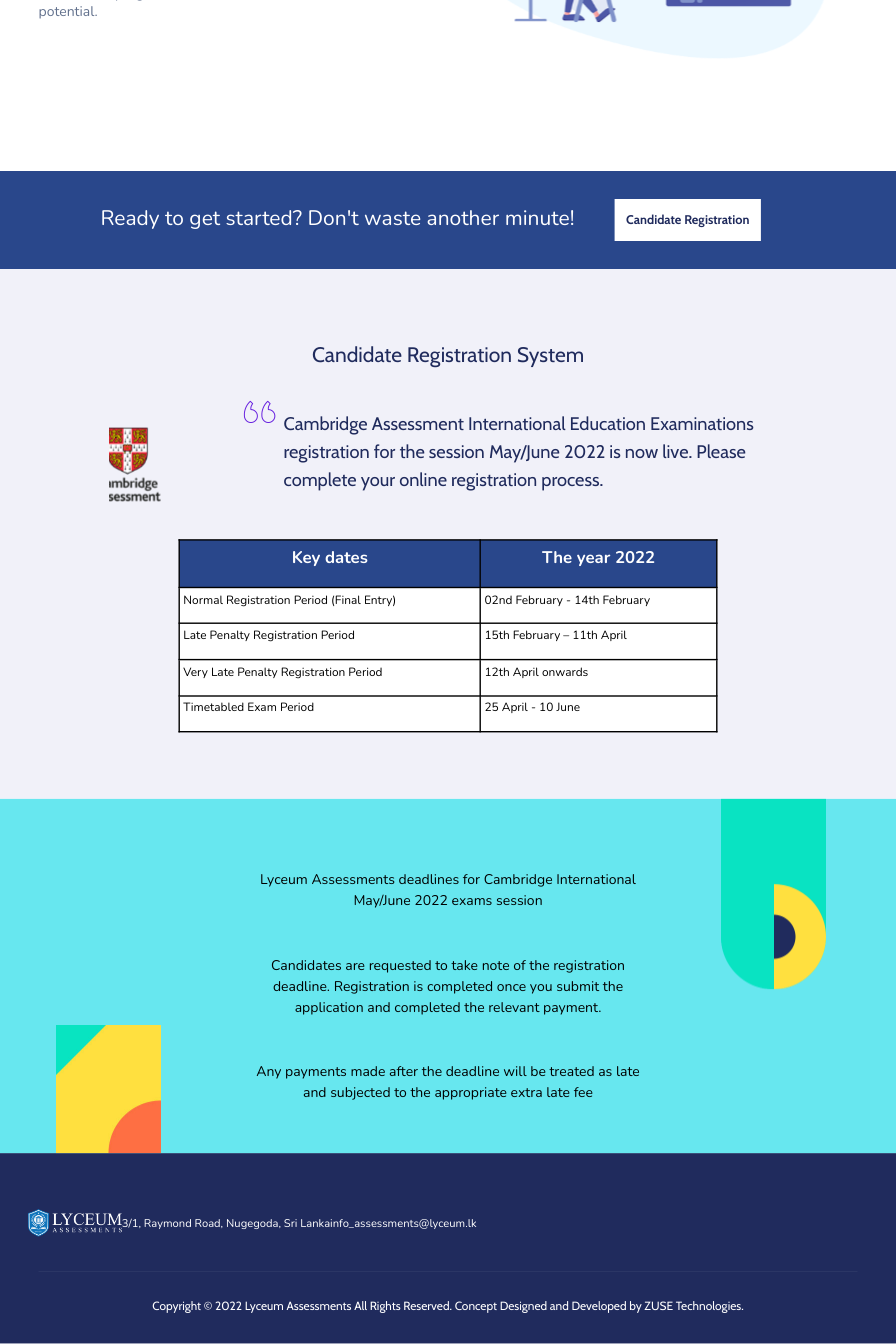
Repository: AXUSLK/LyceumAssessments-HTML
Page: index.html
An editor plug-in stored every save of this project. The page is shown before and after a run of saves, followed by the edit.
The browser window is 1280 px wide. The pictures show the part of the page from y = 2555 to 4475 px (the page is 4475 px tall before and 4397 px after), at 70% of full size.
Backgrounds fixed to the window are drawn as part of the page. Some web libraries are served in a nearby version.

Above is the page before, as saved 2022-01-31 14:19:56.

### index.html
<!DOCTYPE html>
<html lang="en">

<head>
	<!-- set the encoding of your site -->
	<meta charset="utf-8">
	<meta name="viewport" content="width=device-width, initial-scale=1.0">
	<!-- set the page title -->
	<title>Lyceum Assessments is a fully owned subsidiary of the Lyceum Group.</title>
	<!-- inlcude google cabin font cdn link -->
	<link
		href="https://fonts.googleapis.com/css2?family=Cabin:ital,wght@0,400;0,500;0,600;0,700;1,400;1,500;1,600;1,700&display=swap"
		rel="stylesheet">
	<!-- inlcude google nunito font cdn link -->
	<link
		href="https://fonts.googleapis.com/css2?family=Nunito:ital,wght@0,300;0,400;0,600;0,700;1,300;1,400;1,600;1,700&display=swap"
		rel="stylesheet">
	<!-- include the site bootstrap stylesheet -->
	<link rel="stylesheet" href="css/bootstrap.css">
	<!-- include the site stylesheet -->
	<link rel="stylesheet" href="style.css">
	<!-- include theme color setting stylesheet -->
	<link rel="stylesheet" href="css/colors.css">
	<!-- include the site responsive stylesheet -->
	<link rel="stylesheet" href="css/responsive.css">
</head>

<body>
	<!-- pageWrapper -->
	<div id="pageWrapper">
		<div class="phStickyWrap">

			<!-- pageHeader -->
			<header id="pageHeader" class="w-100 headerFixer">
				<div class="container">
					<!-- hdHolder -->
					<div class="hdHolder position-relative pt-2 pb-2 pt-lg-4 pb-lg-4 pt-xl-7 pb-xl-7">
						<div class="row">
							<div class="col-4 col-md-2">
								<!-- logo -->
								<div class="logo mt-1">
									<a href="javascript:void(0);">
										<img src="images/LYA__LOGO.png" class="img-fluid" alt="">
									</a>
								</div>
							</div>
							<div class="col-8 col-md-10 position-static">
								<!-- pageNav -->
								<nav id="pageNav"
									class="navbar navbar-expand-md navbar-dark justify-content-end p-0 align-items-start position-static">
									<!-- pageMainNavCollapse -->
									<div class="collapse navbar-collapse pageMainNavCollapse justify-content-end"
										id="pageMainNavCollapse">
										<!-- mainNavigation -->
										<ul class="navbar-nav mainNavigation fwSemi pt-md-2">
											<li class="nav-item">
												<a class="nav-link" href="#pageWrapper">Home <span
														class="sr-only">(current)</span></a>
											</li>
											<li class="nav-item">
												<a class="nav-link" href="#scrollToAbout">About Us</a>
											</li>
											<li class="nav-item">
												<a class="nav-link" href="#scrollToWhy">Why?</a>
											</li>
											<li class="nav-item">
												<a class="nav-link" href="#scrollToCambridge">Cambridge</a>
											</li>
											<li class="nav-item">
												<a class="nav-link" href="#scrollToContact">Contact Us</a>
											</li>
										</ul>
									</div>
									<!-- hdBtn -->
									<a href="javascript:void(0);"
										class="btn btn-info font-weight-normal text-capitalize hdBtn ml-md-3 ml-md-6 ml-lg-12 position-relative border-0 p-0"
										data-hover="Get Started">
										<span class="d-block btnText">Candidate Registration </span>
									</a>
									<!-- pageNavOpener -->
									<button class="navbar-toggler pageNavOpener ml-3" type="button"
										data-toggle="collapse" data-target="#pageMainNavCollapse"
										aria-controls="pageMainNavCollapse" aria-expanded="false"
										aria-label="Toggle navigation">
										<span class="navbar-toggler-icon"></span>
									</button>
								</nav>
							</div>
						</div>
					</div>
				</div>
			</header>
		</div>

		<main>

			<!-- Header -->
			<section class="introBlock d-flex w-100 position-relative text-white bg-secondary">
				<div class="w-100 d-flex align-items-center">
					<!-- ibHolder -->
					<div class="w-100 position-relative ibHolder py-19 py-md-23 py-xl-29">
						<div class="container">
							<div class="row align-items-center">
								<div class="col-12 col-md-6">
									<div class="captionWrap position-relative">
										<div class="wow fadeInUp" data-wow-delay="0.5s">
											<h1 class="text-white font-weight-bold mb-5"> The best route for your
												education
											</h1>
										</div>
										<div class="wow fadeInUp" data-wow-delay="1s">
											<p>Don't waste another minute, concentrate on your studies!</p>
										</div>
										<div class="wow fadeInUp" data-wow-delay="1.5s">
											<a href="#scrollToWhy"
												class="btn btn-info btnMin align-top mt-6 p-0 border-0 position-relative"
												data-hover="Why Us?">
												<span class="d-block btnText">Why?</span>
											</a>
										</div>
									</div>
								</div>
								<div class="col-12 col-md-6 d-none d-md-block imageWrap wow bounceInRight"
									data-wow-delay="2s">
									<!-- imgHolder -->
									<div class="imgHolder pl-7 pl-xl-12 position-relative">
										<img src="./images/header.png">
									</div>
								</div>
							</div>
						</div>
					</div>
				</div>
				<!-- svgBg -->
				<svg class="svgBg">
					<defs>
						<clipPath id="path01" clipPathUnits="objectBoundingBox">
							<path d="M 1 0 L 0.93 0 C 0.7 0.18 0.77 0.26 0.51 0.34 Q 0.36 0.38 0.52 1 L 1 1 Z"></path>
						</clipPath>
					</defs>
					<rect width="100%" height="100%" style="clip-path: url(#path01);" fill="#7730ef"></rect>
				</svg>
				<!-- ibBgPattern -->
				<span class="position-absolute w-100 h-100 ibBgPattern"
					style="background-image: url(images/bgShapes01.png);"></span>
			</section>

			<!-- Partners -->
			<aside class="sponsorsAside position-relative text-center">
				<div class="container">
					<div class="bg-white mt-n12 mt-md-n15 shadow-lg py-4 py-md-7">
						<!-- logosSlider -->
						<div class="logosSlider">

							<!-- slide -->
							<div>
								<!-- logoWrap -->
								<div class="logoWrap">
									<img src="images/lyceum_school.png" class="img-fluid" alt="stylus">
								</div>
							</div>
							<!-- slide -->
							<div>
								<!-- logoWrap -->
								<div class="logoWrap">
									<img src="images/lyceum_placements.png" class="img-fluid" alt="drkht">
								</div>
							</div>
							<!-- slide -->
							<div>
								<!-- logoWrap -->
								<div class="logoWrap">
									<img src="images/lyceum_assessments.png" class="img-fluid" alt="Brook.">
								</div>
							</div>

						</div>
					</div>
				</div>
			</aside>

			<!-- About -->
			<div id="scrollToAbout" class="mt-md-n12 mt-lg-n14 pt-md-12 pt-lg-14">
				<!-- featureBlock -->
				<section class="featureBlock pt-8 pt-md-13 pt-lg-19 pt-xl-23">
					<div class="container">
						<!-- afColumn -->
						<article class="afColumn mb-7 mb-md-11 mb-lg-18">
							<div class="row align-items-center">
								<div class="col-12 col-md-6 wow slideInRight">
									<div class="extraWrap pl-md-7 pl-lg-14">
										<!-- titleWrap -->
										<header class="titleWrap">
											<h3 class="mb-5">About Lyceum Assessments</h3>
											<p>Lyceum Assessments is a fully owned subsidiary of the Lyceum Group. We
												are focusing on
												conducting, administering and offering competitive international and
												Lyceum examinations to
												students island-wide.
											</p>
											<p>
												Lyceum Assessments (Pvt) Limited was incorporated as a private limited
												company under the
												Companies Act of Sri Lanka on 27th July 2021.</p>
										</header>
										<!-- afTabsList -->
										<ul class="nav nav-tabs afTabsList border-0 fontAlter fwMedium mt-8" id="myTab"
											role="tablist">
											<li class="nav-item" role="presentation">
												<a class="nav-link active" id="analytics-tab" data-toggle="tab"
													href="#analytics" role="tab" aria-controls="analytics"
													aria-selected="true">Our Vision</a>
											</li>
											<li class="nav-item" role="presentation">
												<a class="nav-link" id="traffic-tab" data-toggle="tab" href="#traffic"
													role="tab" aria-controls="traffic" aria-selected="false">Our
													Mission</a>
											</li>
										</ul>
										<!-- myTabContent -->
										<div class="tab-content" id="myTabContent">
											<div class="tab-pane fade show active" id="analytics" role="tabpanel"
												aria-labelledby="analytics-tab">
												<div class="mtctWrap overflow-hidden pt-5">
													<p>To become the market leader in the administration of assessments
														in the region.</p>
												</div>
											</div>
											<div class="tab-pane fade" id="traffic" role="tabpanel"
												aria-labelledby="traffic-tab">
												<div class="mtctWrap overflow-hidden pt-5">
													<p>To provide the expertise required to assess learning at different
														levels of education by making
														globally recognized awards and qualifications accessible &
														affordable to all while ensuring
														international quality standards.</p>
												</div>
											</div>
										</div>
									</div>
								</div>

								<div class="col-12 col-md-6 wow slideInLeft">
									<!-- imgHolder -->
									<div class="imgHolder position-relative mx-auto mb-4 mb-md-0">
										<img src="./images/about.png" class="img-fluid" alt="image description">
										<!-- bgPattern -->
										<span class="bgPattern position-absolute"
											style="background-image: url(images/bgShapes03.png);"></span>
									</div>
								</div>
							</div>
						</article>
					</div>
				</section>
			</div>

			<!-- allFeatBlock -->
			<section id="scrollToWhy" class="allFeatBlock pb-3 pb-lg-10 pb-xl-14">
				<div class="container">
					<!-- afColumnsWrap -->
					<div class="afColumnsWrap">
						<!-- afColumn -->
						<article class="afColumn mb-7 mb-md-11 mb-lg-18">
							<div class="row align-items-center">
								<div class="col-12 col-md-6 wow slideInLeft">
									<!-- imgHolder -->
									<div class="imgHolder position-relative mx-auto mb-4 mb-md-0">
										<img src="./images/lyceum_group.png" class="img-fluid" alt="image description">
										<!-- bgPattern -->
										<span class="bgPattern position-absolute"
											style="background-image: url(images/bgShapes03.png);"></span>
									</div>
								</div>
								<div class="col-12 col-md-6 wow slideInRight">
									<div class="extraWrap pl-md-7 pl-lg-14">
										<!-- titleWrap -->
										<header class="titleWrap">
											<h3 class="mb-5">The Lyceum Group</h3>
										</header>
										<p>
										<p>Lyceum group allows the students to grow with international ideals and
											character, in a multi-ethnic, multi-cultural and multi-religious, school
											environment. Academic and co-curricular programmes conducted by Lyceum
											International Schools, fully complying with international standards.</p>
										<p>The Honourable Dr. Mohan Lal Grero, a visionary educator founded Lyceum
											International Schools in 1993 to provide English medium education up to
											Grade 12. The school is non-profit organization, which is co-educational and
											committed to the pursuit of excellence in teaching and learning in the
											English medium, which is accessible and affordable to all within the
											socio-cultural environment of Sri Lanka.</p>
										<p>Lyceum Placements and Lyceum Assessments are the latest additions to the
											Lyceum Group</p>
										</p>
									</div>
								</div>
							</div>
						</article>
						<!-- afColumn -->
						<article class="afColumn mb-7 mb-md-11 mb-lg-18">
							<div class="row align-items-center">
								<div class="col-12 col-md-6 wow slideInLeft">
									<!-- imgHolder -->
									<div class="imgHolder position-relative mx-auto mb-4 mb-md-0">
										<img src="./images/cambridge.png" class="img-fluid" alt="image description">
										<!-- bgPattern -->
										<span class="bgPattern position-absolute"
											style="background-image: url(images/bgShapes03.png);"></span>
									</div>
								</div>
								<div class="col-12 col-md-6 wow slideInRight">
									<div class="extraWrap pr-md-7 pr-lg-14">
										<!-- titleWrap -->
										<header class="titleWrap">
											<h3 class="mb-5">Cambridge International Examinations</h3>
											<p>
											<p>Cambridge Assessment International Education prepares school students for
												life, helping them develop an informed curiosity and a lasting passion
												for learning.</p>
											<p>Cambridge international qualifications are recognized by the
												world&rsquo;s best universities and employers, giving students a wide
												range of options in their education and career. As a not-for-profit
												organization, Cambridge devotes their resources to delivering
												high-quality educational programs that can unlock learners' potential.
											</p>
											</p>
										</header>

									</div>
								</div>
							</div>
						</article>
					</div>
				</div>
			</section>

			<!-- tryPetAside -->
			<aside class="tryPetAside text-center text-white py-5 py-lg-8 wow pulse">
				<div class="container">
					<p class="mb-0">Ready to get started? Don't waste another minute! <a href="javascript:void(0);"
							class="btn btnWhite mt-3 mt-md-0 mx-md-4 mx-lg-10 btnMin p-0 border-0 position-relative"
							data-hover="Try it"><span class="d-block btnText">Candidate Registration</span></a></p>
				</div>
			</aside>

			<div id="scrollToCambridge" class="mt-md-n12 mt-lg-n14 pt-md-12 pt-lg-14 wow fadeIn" data-wow-delay="1s">
				<!-- testimonialsBlock -->
				<article
					class="testimonialsBlock bg-light pt-7 pb-5 pt-md-9 pb-md-7 pt-lg-14 pb-lg-12 pt-xl-21 pb-xl-19">
					<div class="container">
						<header class="text-center mb-8">
							<h2 class="h4 font-weight-normal">Candidate
								Registration System</h2>
						</header>
						<div class="row">
							<div class="col-12 col-md-10 offset-md-1">
								<!-- quotesSlider -->
								<div class="quotesSlider">
									<div>
										<!-- clientQuote -->
										<blockquote
											class="clientQuote fontAlter position-relative text-primary pt-25 pt-sm-0 pl-sm-40 pl-xl-50 mb-0">
											<q class="d-block position-relative mb-7 pt-4 pl-12 pl-sm-0">Cambridge
												Assessment International Education Examinations registration for the
												session May/June
												2022 is now live. Please complete your online registration
												process. </q>
											<cite class="d-block pl-12 pl-sm-0">
												<!-- profilePicWrap -->
												<span
													class="profilePicWrap position-absolute overflow-hidden rounded-circle">
													<img src="./images/cambridge_logo.png"
														class="img-fluid w-100 h-100 imgFit rounded-circle"
														alt="Donald Salvor || Global Initiative">
												</span>

											</cite>
										</blockquote>
									</div>
								</div>
							</div>
						</div>
						<div class="row">
							<div class="col-md-2"></div>
							<div class="col-md-8">
								<table class="infoTable">
									<tbody>
										<tr>
											<th width="298">
												<p><strong>Key dates</strong></p>
											</th>
											<th width="234">
												<p><strong>The year 2022</strong></p>
											</th>
										</tr>
										<tr>
											<td width="298">
												<p>Normal Registration Period (Final Entry)</p>
											</td>
											<td width="234">
												<p>02nd February - 14th February</p>
											</td>
										</tr>
										<tr>
											<td width="298">
												<p>Late Penalty Registration Period</p>
											</td>
											<td width="234">
												<p>15th February &ndash; 11th April</p>
											</td>
										</tr>
										<tr>
											<td width="298">
												<p>Very Late Penalty Registration Period</p>
											</td>
											<td width="234">
												<p>12th April onwards</p>
											</td>
										</tr>
										<tr>
											<td width="298">
												<p>Timetabled Exam Period</p>
											</td>
											<td width="234">
												<p>25 April - 10 June</p>
											</td>
										</tr>
									</tbody>
								</table>
							</div>
							<div class="col-md-2"></div>

						</div>

					</div>
				</article>
			</div>

			<!-- getStartedAside -->
			<aside
				class="getStartedAside textMedium position-relative d-flex w-100 bg-info text-center overflow-hidden">
				<div class="d-flex w-100 gsaHolder align-items-center">
					<div class="w-100 py-7">
						<div class="container">
							<div class="row">
								<div
									class="col-12 col-md-10 offset-md-1 col-lg-8 offset-lg-2 col-xl-6 offset-xl-3 wow wobble">
									<!-- <h1 class="h1Medium fontBase font-weight-normal mb-4">Let us help you with your
										design hassles</h1> -->

									<div class="infoTableP">
										<p>&nbsp;</p>
										<p>Lyceum Assessments deadlines for Cambridge International May/June 2022 exams
											session</p>
										<p>&nbsp;</p>
										<p>Candidates are requested to take note of the registration deadline.
											Registration
											is completed once you submit the application and completed the relevant
											payment.
										</p>
										<p>&nbsp;</p>
										<p>Any payments made after the deadline will be treated as late and subjected to
											the
											appropriate extra late fee</p>
									</div>

								</div>
							</div>
						</div>
					</div>
				</div>
				<span class="bgPattern bgPatterni inaccessible position-absolute wow bounceInDown" data-wow-delay="1s">
					<img src="images/bgShapes05.png" class="img-fluid" alt="image description">
				</span>
				<span class="bgPattern bgPatternii inaccessible position-absolute  wow bounceInUp" data-wow-delay="1s">
					<img src="images/bgShapes04.jpg" class="img-fluid" alt="image description">
				</span>
			</aside>

		</main>

		<!-- Footer -->
		<div class="ftAreaWrap bg-primary text-gray777fa1 wow fadeIn" data-wow-delay="0.5s">
			<!-- footerAside -->
			<aside id="scrollToContact"
				class="footerAside pt-20 pt-md-10 pt-lg-16 pb-1 pb-md-4 position-relative text-center text-sm-left">
				<div class="container">
					<div class="row">

						<div style="display: flex; justify-content: center; align-items: center;">
							<!-- ftLogo -->
							<div class="ftLogo mb-6 mx-auto mx-md-0">
								<a href="javascript:void(0);">
									<img src="images/LYA__LOGO.png" class="img-fluid" alt="">
								</a>
							</div>

							<!-- ftAddress -->
							<address class="ftAddress text-center text-md-left mb-6 mt-6 mt-md-0">3/1, Raymond Road,
								Nugegoda, Sri Lanka</address>

							<address class="ftAddress text-center text-md-left mb-6 mt-6 mt-md-0">
								info_assessments@lyceum.lk</address>
						</div>

					</div>
				</div>
			</aside>
			<!-- pageFooter -->
			<footer id="pageFooter" class="text-center fontAlter">
				<div class="container">
					<!-- pfHolder -->
					<div class="pfHolder pt-7 pb-5">
						<p>Copyright © 2022 Lyceum Assessments All Rights
							Reserved. Concept Designed and Developed by
							<a target="_blank" href="https://zuse.lk/">ZUSE Technologies.</a>
						</p>
					</div>
				</div>
			</footer>
		</div>

	</div>
	<!-- include jQuery library -->
	<script src="js/jquery-3.4.1.min.js"></script>
	<!-- include bootstrap popper JavaScript -->
	<script src="js/popper.min.js"></script>
	<!-- include bootstrap JavaScript -->
	<script src="js/bootstrap.min.js"></script>
	<!-- include custom JavaScript -->
	<script src="js/jqueryCustom.js"></script>
	<!-- include fontAwesome -->
	<script src="https://kit.fontawesome.com/391f644c42.js"></script>
</body>

</html>

### css/colors.css
.btnTheme .btnText,
#pageHeader.fixedPosition,
.featColumn:before,
.tryPetAside,
.ftSocialNetworks > li > a:hover {
	background-color: #29478b;
}

.btnTheme:before,
.afDefList .icn,
.afTabsList .nav-link.active,
.clientQuote q:before,
.tickList > li:before {
	color: #6720df;
}

.btnTheme:before,
.btnTheme .btnText,
.afTabsList .nav-link.active {
	border-color: #6720df;
}

Loaded but not shown: css/bootstrap.css (library); js/jquery-3.4.1.min.js (library); js/popper.min.js (library); js/bootstrap.min.js (library); js/jqueryCustom.js (771 lines, source omitted); style.css (4752 lines, source omitted); css/responsive.css (209 lines, source omitted)

After the next 2 saves:
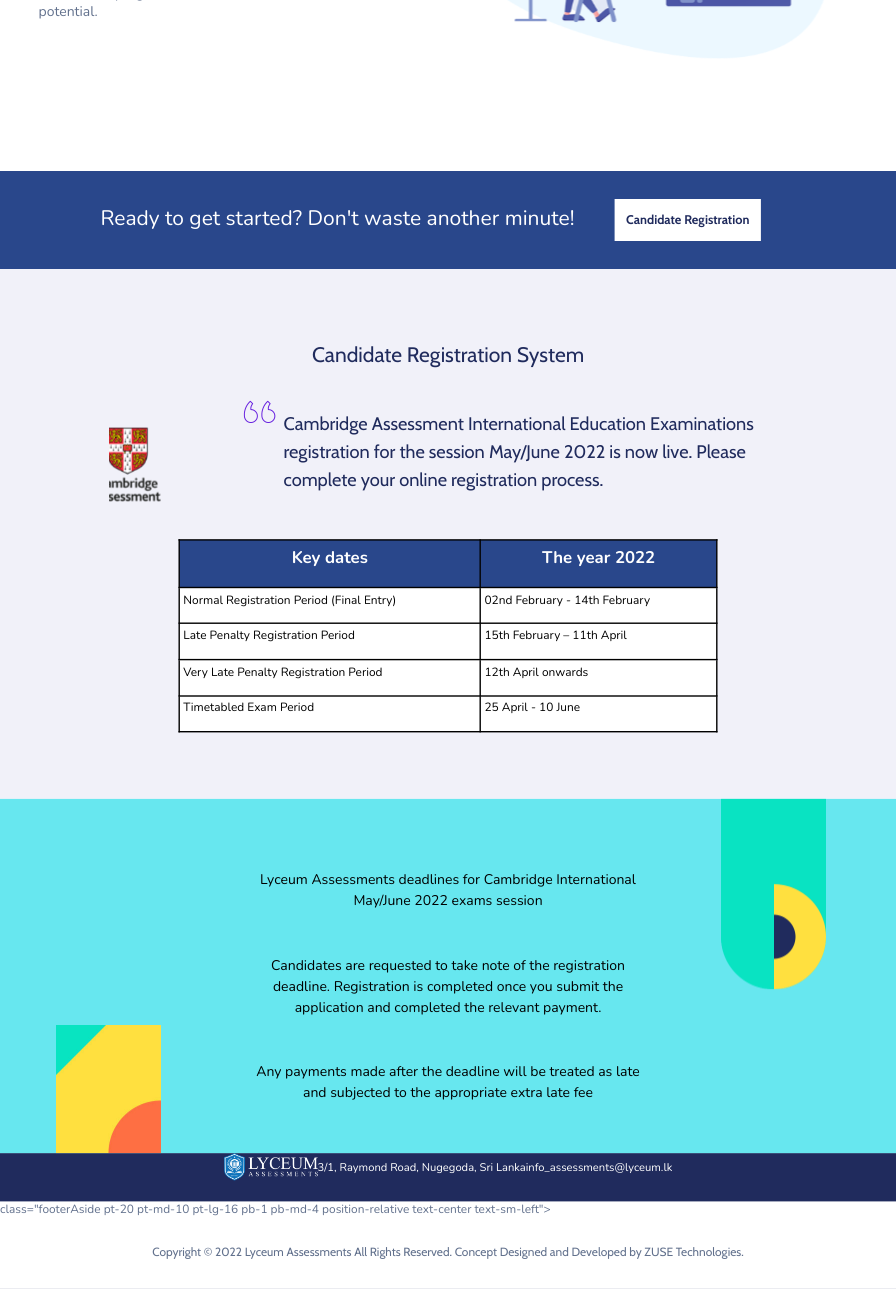
The 2 saves are shown as one change because they came seconds apart.
The last was saved 55 min 43 s later.
--- a/index.html
+++ b/index.html
@@ -482,43 +482,43 @@
 		<!-- Footer -->
 		<div class="ftAreaWrap bg-primary text-gray777fa1 wow fadeIn" data-wow-delay="0.5s">
 			<!-- footerAside -->
-			<aside id="scrollToContact"
-				class="footerAside pt-20 pt-md-10 pt-lg-16 pb-1 pb-md-4 position-relative text-center text-sm-left">
-				<div class="container">
-					<div class="row">
-
-						<div style="display: flex; justify-content: center; align-items: center;">
-							<!-- ftLogo -->
-							<div class="ftLogo mb-6 mx-auto mx-md-0">
-								<a href="javascript:void(0);">
-									<img src="images/LYA__LOGO.png" class="img-fluid" alt="">
-								</a>
-							</div>
-
-							<!-- ftAddress -->
-							<address class="ftAddress text-center text-md-left mb-6 mt-6 mt-md-0">3/1, Raymond Road,
-								Nugegoda, Sri Lanka</address>
-
-							<address class="ftAddress text-center text-md-left mb-6 mt-6 mt-md-0">
-								info_assessments@lyceum.lk</address>
-						</div>
-
-					</div>
-				</div>
-			</aside>
-			<!-- pageFooter -->
-			<footer id="pageFooter" class="text-center fontAlter">
-				<div class="container">
-					<!-- pfHolder -->
-					<div class="pfHolder pt-7 pb-5">
-						<p>Copyright © 2022 Lyceum Assessments All Rights
-							Reserved. Concept Designed and Developed by
-							<a target="_blank" href="https://zuse.lk/">ZUSE Technologies.</a>
-						</p>
-					</div>
-				</div>
-			</footer>
+			<aside id="scrollToContact" <div style="display: flex; justify-content: center; align-items: center;">
+				<!-- ftLogo -->
+				<div class="ftLogo mb-6 mx-auto mx-md-0">
+					<a href="javascript:void(0);">
+						<img src="images/LYA__LOGO.png" class="img-fluid" alt="">
+					</a>
+				</div>
+
+				<!-- ftAddress -->
+				<address class="ftAddress text-center text-md-left mb-6 mt-6 mt-md-0">3/1, Raymond Road,
+					Nugegoda, Sri Lanka</address>
+
+				<address class="ftAddress text-center text-md-left mb-6 mt-6 mt-md-0">
+					info_assessments@lyceum.lk</address>
 		</div>
+		class="footerAside pt-20 pt-md-10 pt-lg-16 pb-1 pb-md-4 position-relative text-center text-sm-left">
+		<div class="container">
+			<div class="row">
+
+
+
+			</div>
+		</div>
+		</aside>
+		<!-- pageFooter -->
+		<footer id="pageFooter" class="text-center fontAlter">
+			<div class="container">
+				<!-- pfHolder -->
+				<div class="pfHolder pt-7 pb-5">
+					<p>Copyright © 2022 Lyceum Assessments All Rights
+						Reserved. Concept Designed and Developed by
+						<a target="_blank" href="https://zuse.lk/">ZUSE Technologies.</a>
+					</p>
+				</div>
+			</div>
+		</footer>
+	</div>
 
 	</div>
 	<!-- include jQuery library -->
